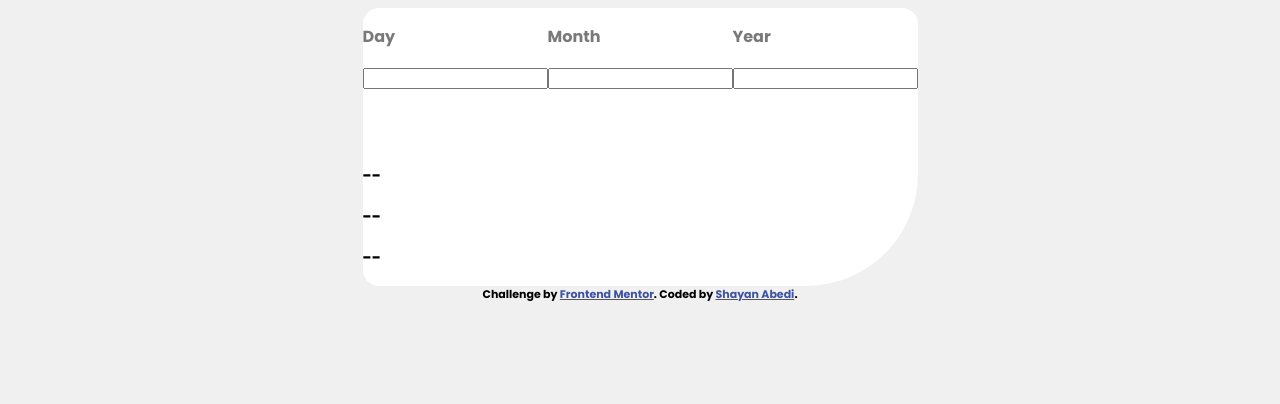
Repository: shayanabedi98/age-calculator
Page: index.html
These files come from the project's save history. The page is drawn as it stood at one moment and after the next save; the edit follows.
The browser window is 1280 px wide. The pictures show the whole page.

Above is the page before, as saved 2023-09-18 19:01:13.

### index.html
<!DOCTYPE html>
<html lang="en">
<head>
  <meta charset="UTF-8">
  <meta name="viewport" content="width=device-width, initial-scale=1.0">
  <link rel="icon" type="image/png" sizes="32x32" href="./assets/images/favicon-32x32.png">
  <link rel="stylesheet" href="styles.css">
  <title>Frontend Mentor | Age calculator app</title>
</head>
<body>

  <div class="grid-container">
    <div class="dob">
      <div class="day">
        <p>Day</p>
        <input type="text">
      </div>
      <div class="month">
        <p>Month</p>
        <input type="text">
      </div>
      <div class="year">
        <p>Year</p>
        <input type="text">
      </div>
    </div>
    <div>
      <p id="age-year">--</p>
      <p id="age-month">--</p>
      <p id="age-day">--</p>
    </div>
  </div>

  <div class="attribution">
    Challenge by <a href="https://www.frontendmentor.io?ref=challenge" target="_blank">Frontend Mentor</a>.
    Coded by <a href="#">Shayan Abedi</a>.
  </div>
  <script src="index.js"></script>
</body>
</html>

### styles.css
@font-face {
    font-family: Poppins-Bold;
    src: url(./assets/fonts/Poppins-Bold.ttf);
}

.attribution { font-size: 11px; text-align: center; }
.attribution a { color: hsl(228, 45%, 44%); }

body {
    font-family: 'Poppins-Bold', sans-serif;
    background-color: rgba(240,240,240,255);
    display: grid;
    justify-content: center;
}

.grid-container {
    background-color: white;
    display: grid;
    grid-template-rows: 1fr 1fr;
    border-radius: 1em 1em 7em 1em;
}

.dob {
    display: grid;
    grid-template-columns: 1fr 1fr 1fr;
}

.dob p {
    color: rgba(121,121,121,255);
}

Loaded but not shown: index.js (common file)

After the next save:
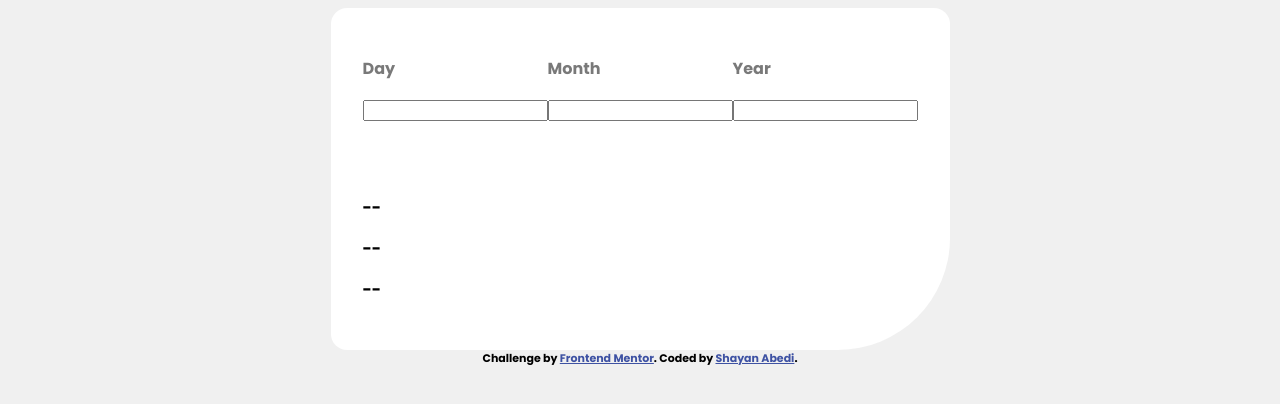
Saved 29 s later.
--- a/styles.css
+++ b/styles.css
@@ -18,6 +18,7 @@ body {
     display: grid;
     grid-template-rows: 1fr 1fr;
     border-radius: 1em 1em 7em 1em;
+    padding: 2em;
 }
 
 .dob {
